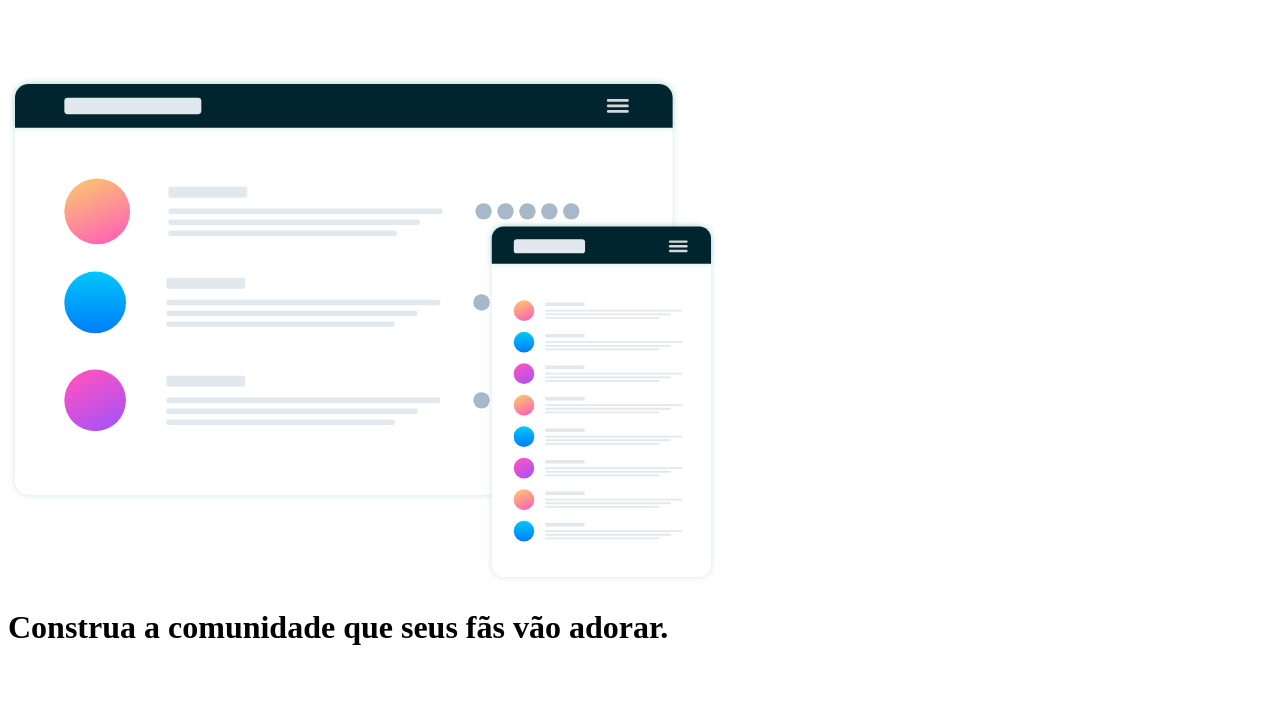
Repository: caique2512/Huddle
Page: index.html
The author's editor kept a copy of each file at every save. The page is drawn from the files as they stood at one save, then again after the next save.
The browser window is 1280 px wide. The pictures show the whole page.

Above is the page before, as saved 2026-02-27 17:14:33.

### index.html
<!DOCTYPE html>
<html lang="pt-br">
<head>
    <meta charset="UTF-8">
    <meta name="viewport" content="width=device-width, initial-scale=1.0">
    <title>Huddle</title>
</head>
<body>
    <header class="logo">
        <img src="./images/logo.svg" alt="Logo Huddle">
    </header>
    <main>
        <img src="./images/illustration-mockups.svg" alt="Illustracion">
        <h1>Construa a comunidade que seus fãs vão adorar.</h1>
        <p></p>
    </main>
</body>
</html>

After the next save:
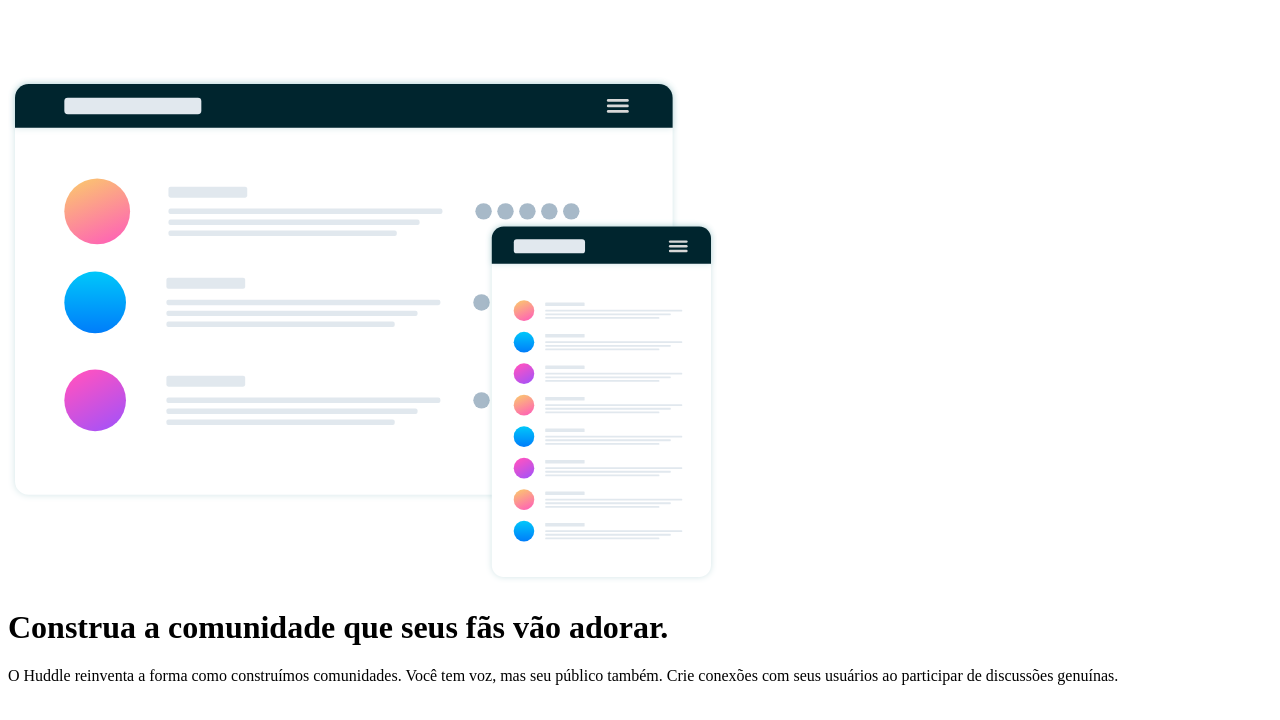
Saved 4 min 29 s later.
--- a/index.html
+++ b/index.html
@@ -12,7 +12,7 @@
     <main>
         <img src="./images/illustration-mockups.svg" alt="Illustracion">
         <h1>Construa a comunidade que seus fãs vão adorar.</h1>
-        <p></p>
+        <p>O Huddle reinventa a forma como construímos comunidades. Você tem voz, mas seu público também. Crie conexões com seus usuários ao participar de discussões genuínas.</p>
     </main>
 </body>
 </html>
